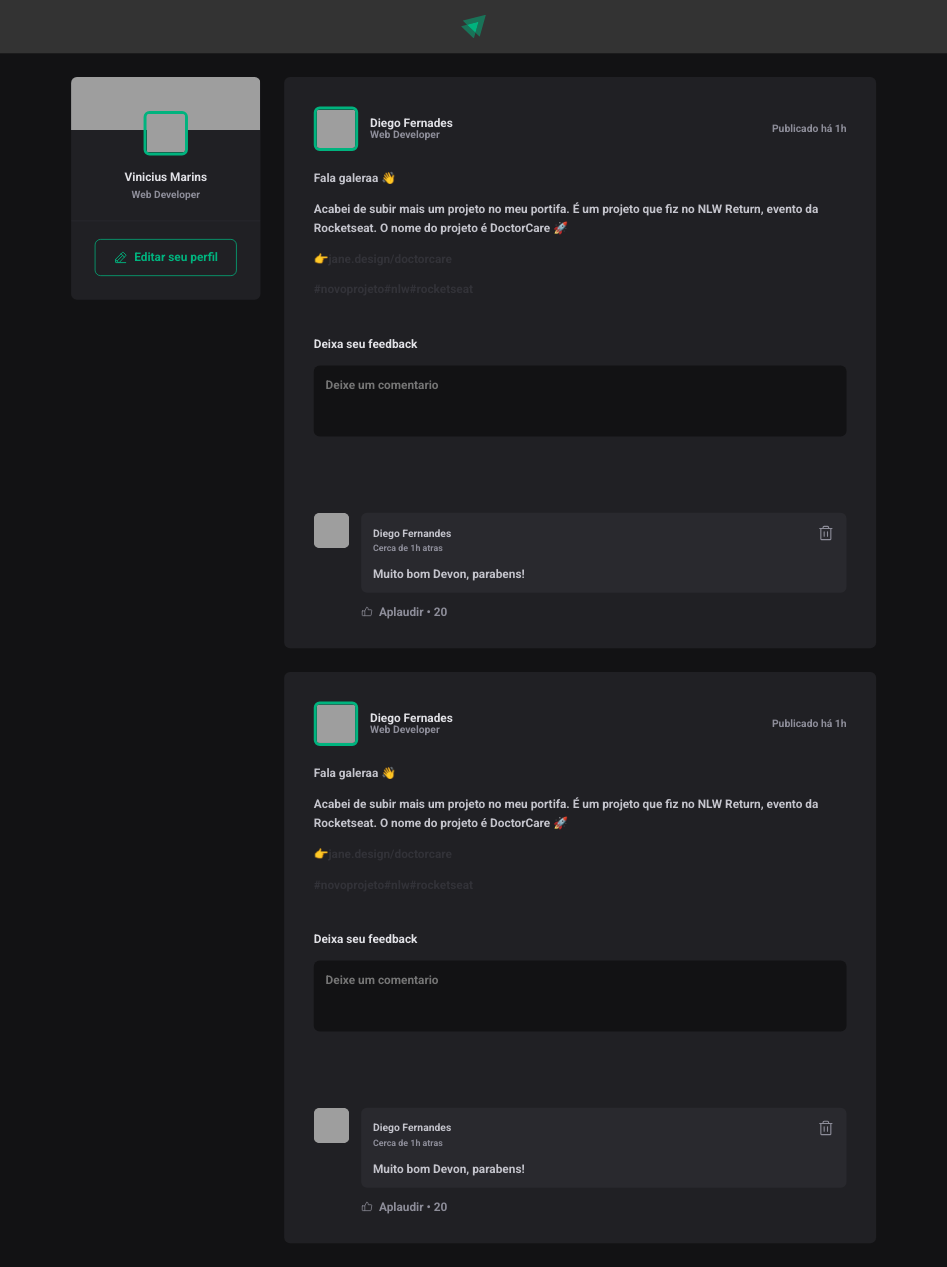
Repository: viniimartins/reactFundamentosRocketseat
Page: /
The author's editor kept a copy of each file at every save. The page is drawn from the files as they stood at one save, then again after the next save.
The browser window is 1280 px wide. The pictures show the whole page, at 74% of full size.
Pictures or frames that could not be fetched are drawn as grey boxes. The project was rebuilt for these pictures with package versions that can differ from the ones it lists, and the page was loaded fresh each time. Also part of the build but not shown: vite.config.js.

Above is the page before, as saved 2023-05-02 12:43:35.

### index.html
<!DOCTYPE html>
<html lang="en">
  <head>
    <meta charset="UTF-8" />

    <link rel="preconnect" href="https://fonts.googleapis.com">
    <link rel="preconnect" href="https://fonts.gstatic.com" crossorigin>

    <link rel="icon" type="image/svg+xml" href="/vite.svg" />
    <meta name="viewport" content="width=device-width, initial-scale=1.0" />


    <link href="https://fonts.googleapis.com/css2?family=Montserrat&family=Roboto:wght@700&display=swap" rel="stylesheet">


    <title>Vite + React</title>
  </head>
  <body>
    <div id="root"></div>
    <script type="module" src="/src/main.jsx"></script>
  </body>
</html>

### src/App.jsx
import { Header } from './Components/Header'
import { Post } from './Components/Post'
import { Sidebar } from './Components/Sidebar'

import styles from './App.module.css'

import './global.css'

// author : { avatar_url: "", name: "", role: ""}
// publishedAt: Date
// content : String

const posts = [
  {
    id: 1,
    author: {
      avatarUrl: 'https://avatars.githubusercontent.com/u/84347013?v=4',
      name: "Diego Fernades",
      role: 'CTO @ Rocketseat'
    },
    content: [
      { type: 'paragraph', content: "Fala galeraa 👋", },
      { type: 'paragraph', content: "Acabei de subir mais um projeto no meu portifa. É um projeto que fiz no NLW Return, evento da Rocketseat. O nome do projeto é DoctorCare 🚀," },
      { type: 'link', content: 'jane.design/doctorcare' },
    ],
    publisedAt: new Date('2023-05-02 20:00:00')
  },
  {
    id: 2,
    author: {
      avatarUrl: 'https://github.com/maykbrito.png',
      name: "Mayk Brito",
      role: 'Educator @ Rocketseat'
    },
    content: [
      { type: 'paragraph', content: "Fala galeraa 👋", },
      { type: 'paragraph', content: "Acabei de subir mais um projeto no meu portifa. É um projeto que fiz no NLW Return, evento da Rocketseat. O nome do projeto é DoctorCare 🚀," },
      { type: 'link', content: 'jane.design/doctorcare' },
    ],
    publisedAt: new Date('2023-05-04 20:00:00')
  },
];


function App() {
  return (
    <>
      <div>
        <Header />

        <div className={styles.wrapper}>
          <Sidebar />
          <main>
            <Post
              author="Gabriel"
              content="Lorem ipsum dolor sit amet consectetur adipisicing elit. Asperiores aut, accusamus quasi hic earum blanditiis adipisci reiciendis enim eaque facilis doloribus, iusto incidunt! Aliquid ut debitis temporibus eius placeat autem!"
            />
            <Post
              author="Gabriel"
              content="Lorem ipsum dolor sit amet consectetur adipisicing elit. Asperiores aut, accusamus quasi hic earum blanditiis adipisci reiciendis enim eaque facilis doloribus, iusto incidunt! Aliquid ut debitis temporibus eius placeat autem!"
            />
          </main>
        </div>
      </div>

    </>
  )

}

export default App

### src/Components/Header.jsx
import styles from './Header.module.css';
import igniteLogo from '../assets/ignite-logo.svg'

export function Header() {
    return (
        <header className={styles.header}>
            <img src={igniteLogo}></img>
        </header>
    );
}

### src/Components/Post.jsx
import styles from './Post.module.css'
import { Comment } from './Comment'
import { Avatar } from './Avatar'


export function Post() {
    return (
        <article className={styles.post}>
            <header>
                <div className={styles.author}>
                    <Avatar src="https://avatars.githubusercontent.com/u/84347013?v=4" />
                    <div className={styles.authorInfo}>
                        <strong>Diego Fernades</strong>
                        <span>Web Developer</span>
                    </div>
                </div>
                <time title="11 de Maio ás 08:13" dateTime="2022-05-11 08:13:30">Publicado há 1h</time>
            </header>


            <div className={styles.content}>
                <p> Fala galeraa 👋</p>
                <p>Acabei de subir mais um projeto no meu portifa. É um projeto que fiz no NLW Return, evento da Rocketseat. O nome do projeto é DoctorCare 🚀</p>
                <p>👉<a href="">jane.design/doctorcare</a></p>
                <p>
                    <a href="">#novoprojeto</a>{''}
                    <a href="">#nlw</a>{''}
                    <a href="">#rocketseat</a>
                </p>
            </div>

            <form className={styles.commentForm}>
                <strong>Deixa seu feedback</strong>

                <textarea
                    placeholder='Deixe um comentario'
                />

                <footer>
                    <button type="submit">Publicar</button>
                </footer>
            </form>

            <div className={styles.commentList}>
                <Comment />
            </div>
        </article>
    )
}

### src/Components/Sidebar.jsx
import { PencilLine } from "phosphor-react";

import styles from './Sidebar.module.css'
import { Avatar } from "./Avatar";

export function Sidebar() {
    return (
        <aside className={styles.sidebar}>
            <img
                className={styles.cover}
                src="https://images.unsplash.com/photo-1587620962725-abab7fe55159?ixlib=rb-4.0.3&ixid=MnwxMjA3fDB8MHxwaG90by1wYWdlfHx8fGVufDB8fHx8&auto=format&fit=crop&w=500&q=50"
            />
            <div className={styles.profile}>
                <Avatar src="https://avatars.githubusercontent.com/u/84347013?v=4" />
                <strong>Vinicius Marins</strong>
                <span>Web Developer</span>
            </div>

            <footer>
                <a href="#">
                    <PencilLine size={20} />
                    Editar seu perfil</a>
            </footer>
        </aside>
    )
}

### src/global.css
:root {
  --white: #fff;

  --gray-100: #e1e1e6;
  --gray-300: #c4c4cc;
  --gray-400: #8d8d99;
  --gray-500: #323238;
  --gray-700: #29292e;
  --gray-800: #202024;
  --gray-900: #121214;

  --green-500: #00b37e;
  --green-300: #00875f;

  --red-500: #f75a68
}

:focus {
  outline: transparent;
  box-shadow: 0 0 0 2px var(--green-500);
}

* {
  margin: 0;
  padding: 0;
  box-sizing: border-box;
}

body {
  background: var(--gray-900);
  color: var(--gray-300);
  -webkit-font-smoothing: antialiased;
}

body,
input,
textarea,
button {
  font-family: "Roboto", sans-serif;
  font-weight: 400;
  font-size: 1rem;
}

### src/Components/Header.module.css
.header {
    background: #333;
    display: flex;
    justify-content: center;
    padding: 1.25rem 0
}

.header img {
    height: 2rem;
}

### src/Components/Post.module.css
.post {
  background: var(--gray-800);
  border-radius: 8px;
  padding: 2.5rem;
}

.post + .post {
  margin-top: 2rem;
}

.content {
  line-height: 1.6;
  color: var(--gray-300);
  margin-top: 1.5rem;
}

.content p {
  margin-top: 1rem;
}

.content a {
  font-weight: bold;
  color: var(--gray-500);
  text-decoration: none;
}

.content a:hover {
  color: var(--gray-300);
}

.post > header {
  display: flex;
  align-items: center;
  justify-content: space-between;
}

.post > header time {
  font-size: 0.875rem;
  color: var(--gray-400);
}

.author {
  display: flex;
  align-items: center;
  gap: 1rem;
}

.authorInfo strong {
  display: block;
  color: var(--gray-100);
  line-height: 1;
}

.authorInfo span {
  display: block;
  font-size: 0.875rem;
  color: var(--gray-400);
  line-height: 1;
}

.commentForm {
  width: 100%;
  margin-top: 1.5rem;
  padding-top: 1.5rem;
  border-top: 1px solid var(--gray-600);
}

.commentForm > strong {
  line-height: 1.6;
  color: var(--gray-100);
}

.commentForm textarea {
  width: 100%;
  background-color: var(--gray-900);
  border: 0px;
  resize: none;
  height: 6rem;
  padding: 1rem;
  border-radius: 8px;
  color: var(--gray-100);
  line-height: 1.4;
  margin-top: 1rem;
}

.commentForm button[type="submit"] {
  padding: 1rem 1.5rem;
  margin-top: 1rem;
  border-radius: 8px;
  border: 0;
  background-color: var(--green-500);
  color: var(--white);
  font-weight: bold;
  cursor: pointer;
  transition: background-color 0.1s;
}

.commentForm footer {
  visibility: hidden;
  max-width: 0;
}

.commentForm:focus-within footer {
  visibility: visible;
  max-width: none;
}

.commentForm button[type="submit"]:hover {
  background-color: var(--green-300);
}

.commentList {
  margin-top: 2rem;
}

### src/Components/Comment.jsx
import { ThumbsUp, Trash } from 'phosphor-react'
import styles from './Comment.module.css'
import { Avatar } from './Avatar'

export function Comment() {
    return (
        <div className={styles.comment}>
            <Avatar hasBorder={false} src="https://avatars.githubusercontent.com/u/84347013?v=4" alt="" />

            <div className={styles.commentBox}>
                <div className={styles.commentContent}>
                    <header>
                        <div className={styles.authorAndTime}>
                            <strong>Diego Fernandes</strong>
                            <time title="11 de Maio ás 08:13" dateTime="2022-05-11 08:13:30">Cerca de 1h atras</time>
                        </div>

                        <button title='Deletar comentario'>
                            <Trash size={24} />
                        </button>
                    </header>
                    <p>
                        Muito bom Devon, parabens!
                    </p>
                </div>
                <footer>
                    <button>
                        <ThumbsUp />
                        Aplaudir <span>20</span>
                    </button>
                </footer>
            </div>
        </div>
    )
}

### src/Components/Avatar.jsx
import styles from './Avatar.module.css';

export function Avatar({ hasBorder = true, src }) {
    return (
        <img
            className={hasBorder ? styles.avatarWithBorder : styles.avatar}
            src={src}
        />
    )
}

### src/Components/Sidebar.module.css
.sidebar {
  background: var(--gray-800);
  border-radius: 8px;
  overflow: hidden;
}

.cover {
  width: 100%;
  height: 72px;
  object-fit: cover;
}

.profile {
  display: flex;
  flex-direction: column;
  align-items: center;

  margin-top: calc(0px - 1.5rem - 6px);
}

.profile strong {
  margin-top: 1rem;
  color: var(--gray-100);
  line-height: 1.6;
}

.profile span {
  font-size: 0.857rem;
  color: var(--gray-400);
  line-height: 1.6;
}

.sidebar footer {
  border-top: 1px solid var(--gray-700);
  margin-top: 1.5rem;
  padding: 1.5rem 2rem 2rem;
}

.sidebar footer a {
  background: transparent;
  color: var(--green-500);
  border: 1px solid var(--green-500);
  border-radius: 8px;
  height: 50px;
  padding: 0 1.5rem;
  font-weight: bold;
  display: block;
  text-decoration: none;

  display: flex;
  align-items: center;
  justify-content: center;

  gap: 0.5rem;

  transition: color 0.1s, background-color 0.1s;
}

.sidebar footer a:hover {
  background: var(--green-500);
  color: var(--white);
}

### src/Components/Comment.module.css
.comment {
  margin-top: 1.5rem;
  display: flex;
  gap: 1rem;
}

.comment > img {
  width: 3rem;
  height: 3rem;
  border-radius: 8px;
}

.commentBox {
  flex: 1;
}

.commentContent {
  background: var(--gray-700);
  border-radius: 8px;
  padding: 1rem;
}

.commentContent > header {
  display: flex;
  align-items: flex-start;
  justify-content: space-between;
}

.authorAndTime {
  display: flex;
  flex-direction: column;
}

.authorAndTime strong {
  display: block;
  font-size: 0.875rem;
  line-height: 1.6;
}

.authorAndTime time {
  display: block;
  font-size: 0.75rem;
  line-height: 1.6;
  color: var(--gray-400);
}

.commentContent header button {
  background: transparent;
  border: 0;
  color: var(--gray-400);
  cursor: pointer;
  line-height: 0;
  border-radius: 4px;
}

.commentContent header button:hover {
  color: var(--red-500);
}

.commentContent p {
  margin-top: 1rem;
  color: var(--gray-300);
}

.commentBox footer {
  margin-top: 1rem;
}

.commentBox footer button {
  background: transparent;
  border: 0;
  color: var(--gray-400);
  cursor: pointer;

  display: flex;
  align-items: center;
  border-radius: 2px;
}

.commentBox footer button:hover {
    color: var(--green-300);

}

.commentBox footer button svg {
    margin-right: 0.5rem;
}

.commentBox footer button span::before {
    content: "\2022";
    padding: 0 0.25rem;
}

### src/Components/Avatar.module.css
.avatar {
  width: 3rem;
  height: 3rem;
  border-radius: 8px;
}

.avatarWithBorder {
  width: calc(3rem + 12px);
  height: calc(3rem + 12px);
  border-radius: 8px;
  border: 4px solid var(--gray-800);
  border: 4px solid var(--green-500);
}

Loaded but not shown: src/main.jsx (common file); src/App.module.css (common file)

After the next save:
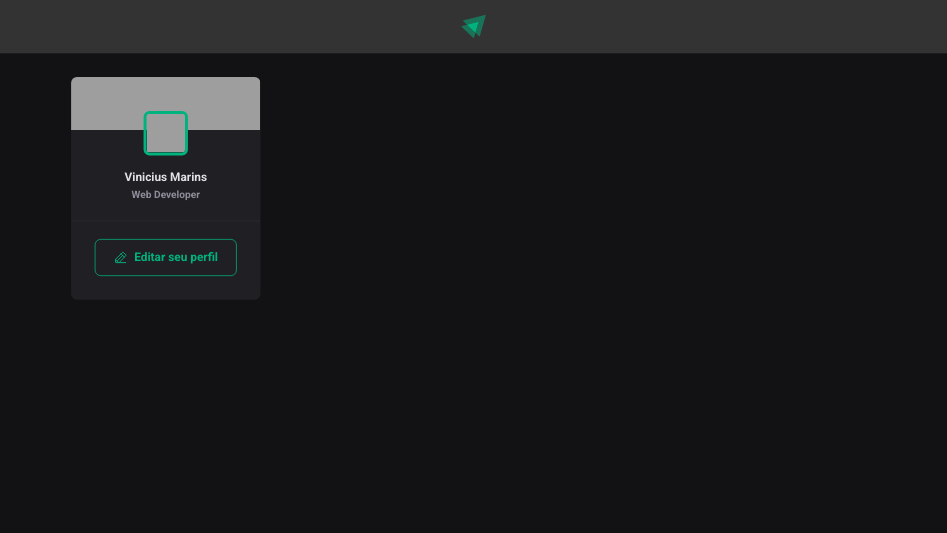
Saved 47 s later.
--- a/src/App.jsx
+++ b/src/App.jsx
@@ -9,6 +9,9 @@ import './global.css'
 // author : { avatar_url: "", name: "", role: ""}
 // publishedAt: Date
 // content : String
+
+
+
 
 const posts = [
   {
@@ -51,14 +54,7 @@ function App() {
         <div className={styles.wrapper}>
           <Sidebar />
           <main>
-            <Post
-              author="Gabriel"
-              content="Lorem ipsum dolor sit amet consectetur adipisicing elit. Asperiores aut, accusamus quasi hic earum blanditiis adipisci reiciendis enim eaque facilis doloribus, iusto incidunt! Aliquid ut debitis temporibus eius placeat autem!"
-            />
-            <Post
-              author="Gabriel"
-              content="Lorem ipsum dolor sit amet consectetur adipisicing elit. Asperiores aut, accusamus quasi hic earum blanditiis adipisci reiciendis enim eaque facilis doloribus, iusto incidunt! Aliquid ut debitis temporibus eius placeat autem!"
-            />
+
           </main>
         </div>
       </div>
